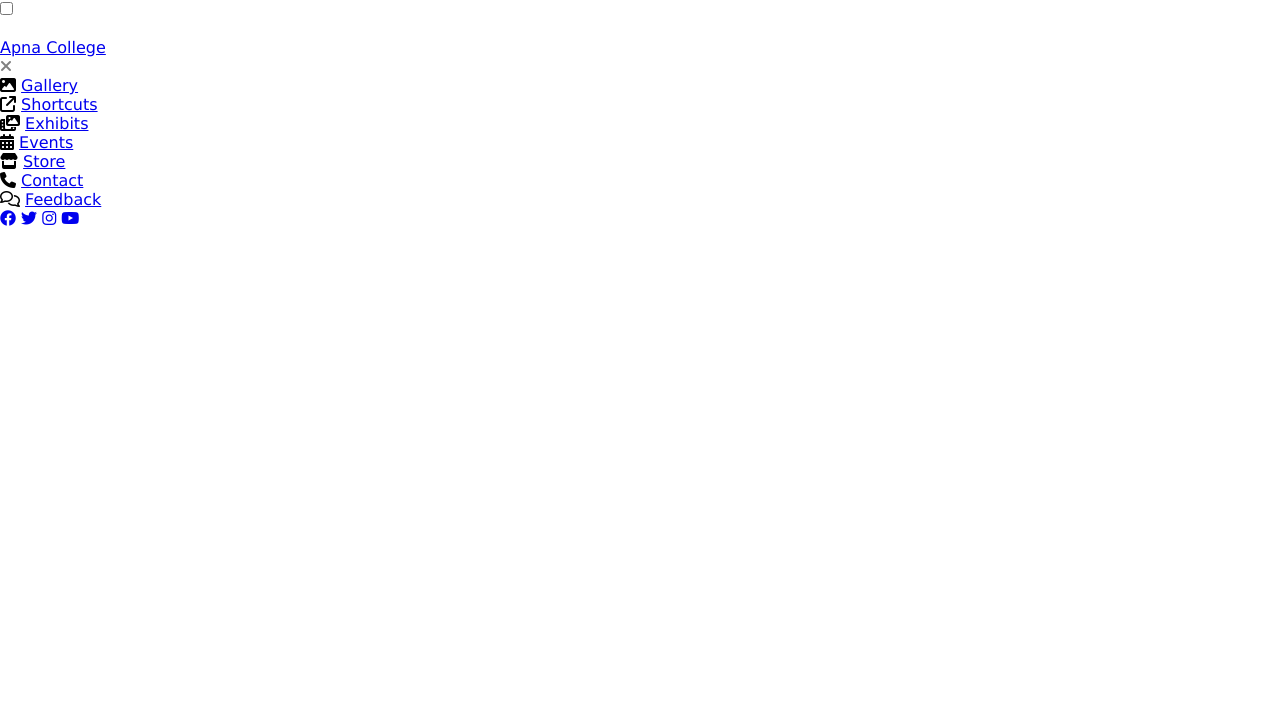
Repository: sristigupta04/basic-js-project
Page: mini project/id.html
An editor plug-in stored every save of this project. The page is shown before and after the next save, followed by the edit.
The browser window is 1280 px wide. The pictures show the whole page.

Above is the page before, as saved 2025-10-28 23:32:14.

After the next save:
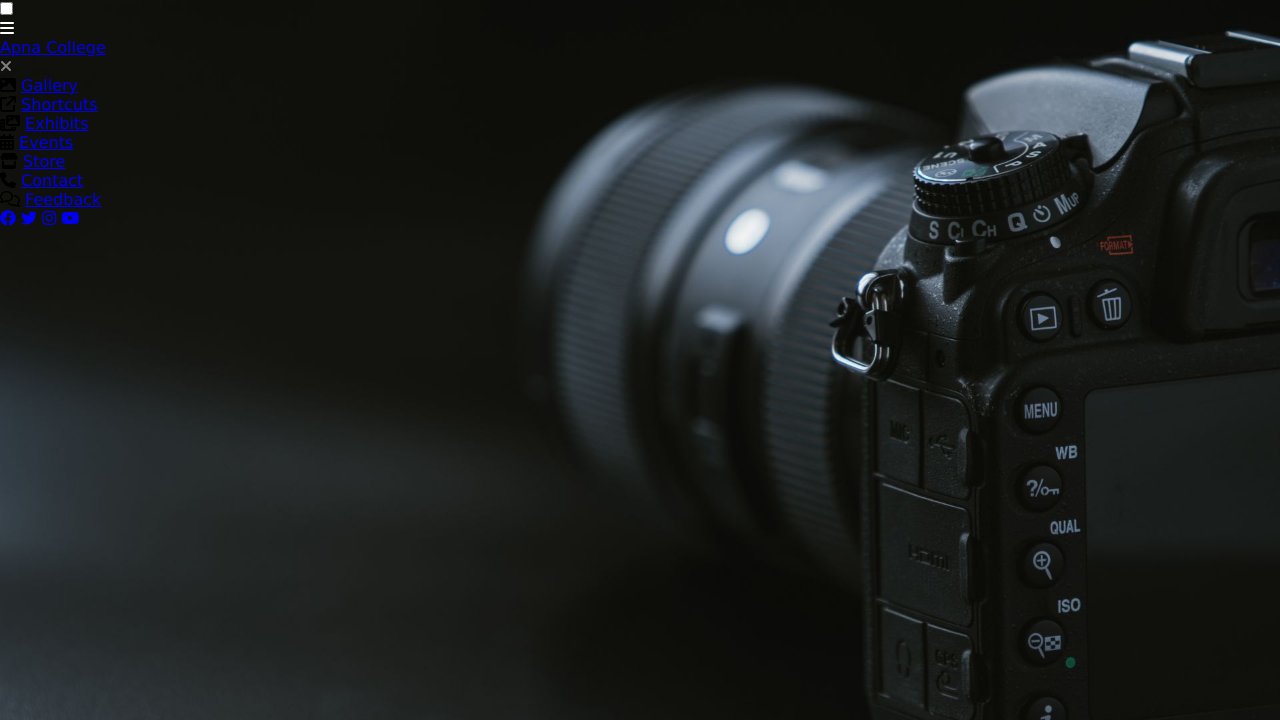
Saved 15 s later.
--- a/mini project/id.css
+++ b/mini project/id.css
@@ -4,7 +4,7 @@
     font-family: 'Lucida Sans', 'Lucida Sans Regular', 'Lucida Grande', 'Lucida Sans Unicode', Geneva, Verdana, sans-serif;
 
 }
-.main {
+.main_box {
   background: url("mini project/photo.jpg");
   height: 100vh;
   background-size: cover;
